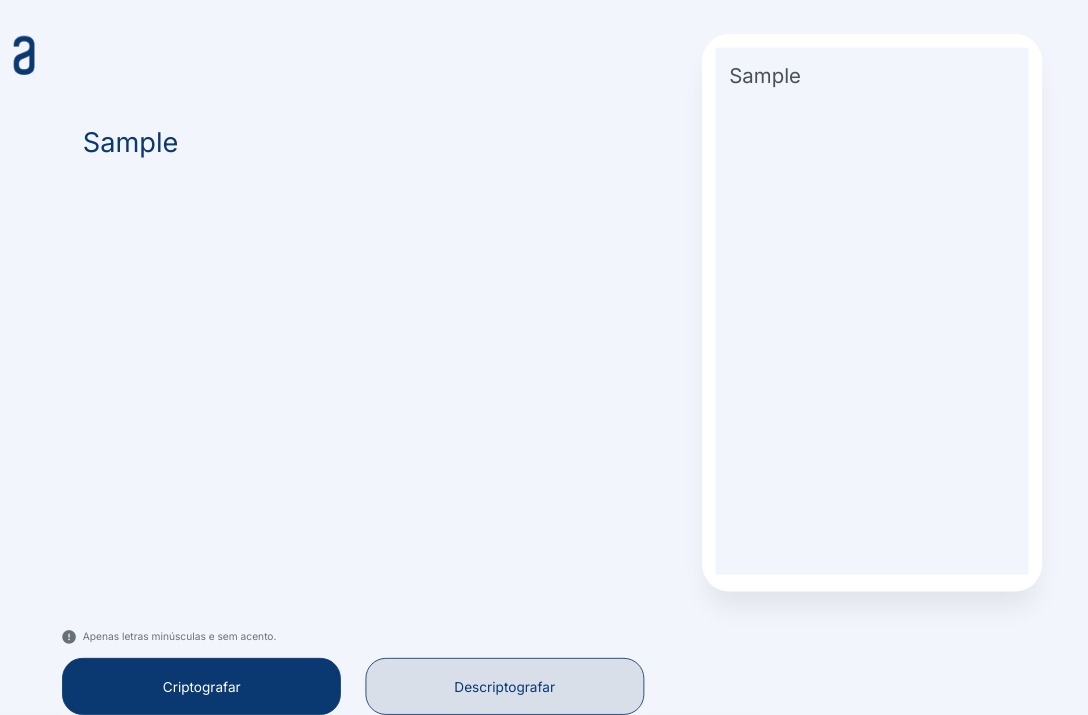
Repository: CarlosEduardoVdeOliveira/descodificador-de-texto
Page: index.html
The author's editor kept a copy of each file at every save. The page is drawn from the files as they stood at one save, then again after the next save.
The browser window is 1280 px wide. The pictures show the whole page, at 85% of full size.
Empty fields were first filled with sample values (such as "Sample", 5 or name@example.com).
After loading, the first visible `button.button-cryptography` was clicked once.

Above is the page before, as saved 2023-04-13 15:04:47.
Console error: TypeError: Cannot read properties of null (reading 'addEventListener')

### index.html
<!DOCTYPE html>
<html lang="en">
<head>
   <meta charset="UTF-8">
   <link rel="preconnect" href="https://fonts.googleapis.com">
   <link rel="preconnect" href="https://fonts.gstatic.com" crossorigin>
   <meta http-equiv="X-UA-Compatible" content="IE=edge">
   <meta name="viewport" content="width=device-width, initial-scale=1.0">
   <link href="https://fonts.googleapis.com/css2?family=Inter:wght@400;700&display=swap" rel="stylesheet">
   <link rel="stylesheet" href="https://cdnjs.cloudflare.com/ajax/libs/font-awesome/6.4.0/css/all.min.css" integrity="sha512-iecdLmaskl7CVkqkXNQ/ZH/XLlvWZOJyj7Yy7tcenmpD1ypASozpmT/E0iPtmFIB46ZmdtAc9eNBvH0H/ZpiBw==" crossorigin="anonymous" referrerpolicy="no-referrer" />
   <link rel="stylesheet" href="/src/styles/reset.css">
   <link rel="stylesheet" href="/src/styles/index.css">
   <link rel="stylesheet" href="/src/styles/tablet.css">
   <link rel="stylesheet" href="/src/styles/mobile.css">
   <title>Decodificador</title>
</head>
<body>
   <main>
      <img src="/src/images/imageLogo2.png"
         alt="letra a da logo da escola de programação Alura">
      <div class="highlight">
         <textarea placeholder="Digite seu texto" autofocus></textarea>
         <div class="info">
            <span>
               <i class="fa-solid fa-circle-exclamation"></i>
               Apenas letras minúsculas e sem acento.
            </span>
            <div class="info-group-button">
               <button class="button-cryptography">Criptografar</button>
               <button class="button-decryption">Descriptografar</button>
            </div>
         </div>
      </div>
      <div class="text-cryption">
         <img src="/src/images/imageHighLight.svg" alt="">
         <div>
            <h2>Nenhuma mensagem encontrada</h2>
            <p>
               Digite um texto que você deseja criptografar ou descriptografar.
            </p>
         </div>
         <button id="copy">copy</button>
      </div>
   </main>
   <script>
      const elementTextarea = document.querySelector("textarea");
const areaCryption = document.querySelector(".text-cryption");
const buttonCryptography = document.querySelector(".button-cryptography");
const buttonDecryption = document.querySelector(".button-decryption");
const buttonCopy = document.querySelector(".button-copy");

function encryptText(){
   const textareaValue = elementTextarea.value;

   if ( textareaValue.length > 0) {
      areaCryption.classList.add("text-cryption-whit-text")
      return areaCryption.innerHTML = `
         <textarea class="textarea-output" disabled>${textareaValue}</textarea>

      `;

   }
   return alert("Preencha o campo!")
}

function decryptText(){
   /* const textareaValue = elementTextarea.value;
   if ( textareaValue.length > 0) {
      areaCryption.classList.add("text-cryption-whit-text");
      areaCryption.innerHTML = `
         <textarea class="textarea-output">${textareaValue}</textarea>
         <button class="button-copy">Copiar</button>
      `;

   }
   return alert("Preencha o campo!") */
}

function copyText(){
   const textareaOutput = document.querySelector('textarea .textarea-output');
   textareaOutput.select();
   document.execCommand('copy');
}

buttonCryptography.addEventListener('click', encryptText);
buttonDecryption.addEventListener('click', decryptText);
buttonCopy.addEventListener('click', copyText);
   </script>
   <!-- <script src="/src/scripts/index.js"></script> -->
</body>
</html>

### src/styles/reset.css
:root{
   --light-gray: #D8DFE8;
   --gray-100: #CED4DA;
   --gray-200: #ADB5BD;
   --gray-300: #868E96;
   --gray-400: #495057;
   --gray-500: #343A40;
   --light-blue-100: #F3F5FC;
   --light-blue-200: #EFF1FA;
   --light-blue-300: #E9ECF8;
   --light-blue-400: #AAB2D5;
   --light-blue-500: #757FB2;
   --dark-blue-100: #609ED4;
   --dark-blue-200: #356EA9;
   --dark-blue-300: #0A3871;
   --dark-blue-400: #072B61;
   --dark-blue-500: #052051;
}
*{
   margin: 0;
   padding: 0;
   box-sizing: border-box;
}

html, input, textarea, button{
   background-color: var(--light-blue-100);
   font-family:  'Inter', sans-serif;
   font-size: 1rem;
   -webkit-font-smoothing: antialiased;
   -moz-osx-font-smoothing: grayscale;
}

### src/styles/index.css
body{
   background-color: var(--light-blue-100);
}
img{
   width: 1.943rem;
   height: 3rem;
   margin-top: 2.5rem;
}
main {
   display: flex;
   justify-content: space-around;
   align-items: self-start;
   margin: 0 auto;
}
.highlight{
   display: flex;
   flex-direction: column;
   margin-top: 7.5rem;
}
textarea{
   width: 100%;
   height: calc(100vh - 100px);
   font-size: 32px;
   line-height: 150%;
   background-color: var(--light-blue-100);
   color: var(--dark-blue-300);
   border: none;
   resize: none;
   margin: 0 auto;
   padding: 1.5rem;
}
textarea:focus{
   outline: 0;
}

textarea::placeholder{
   color: var(--dark-blue-300);
}
span{
   display: flex;
   align-items: center;
   font-size: 12px;
   color: var(--gray-400);
   line-height: 150%;
   opacity: 0.8;
   margin-bottom: 1rem;
}
i{
   color: var(--gray-400);
   margin-right: 0.5rem;
   font-size: 1rem;
}

button{
   padding: 1.5rem;
   width: 328px;
   height: 67px;
   border-radius: 1.5rem;
   cursor: pointer;
   font-size: 1rem;
   line-height: 19px;
   border: 1px solid var(--dark-blue-300);
   transition: all .2s;
}
.info{
   background-color: var(--light-blue-100);
}
.info .button-cryptography{
   background-color: var(--dark-blue-300);
   color: white;
   margin-right: 1.5rem;
}
.info .button-cryptography:hover{
   background-color: var(--dark-blue-400);
}
.info .button-decryption{
   background: var(--light-gray);
   color: var(--dark-blue-300);
}
.info .button-decryption:hover{
   background-color: var(--light-blue-200);
}
.text-cryption{
   width: 25rem;
   margin: 2.5rem;
   padding: 15rem 2rem;
   text-align: center;
   background-color: white;
   /* shadow */
   box-shadow: 0px 24px 32px -8px rgba(0, 0, 0, 0.08);
   border-radius: 32px;
}
.text-cryption img{
   width: 21rem;
   height: 19rem;
}
.text-cryption div{
   display: flex;
   flex-direction: column;

   margin-top: 2rem;
   padding: 0px;
   gap: 16px;
}

textarea.textarea-output{
   font-size: 1.5rem;
   color: var(--gray-400);
   height: calc(100vh - 100px);
   padding: 1rem;
}
.text-cryption-whit-text{
   padding: 1rem;
}

.button-copy-cryption{
   background-color: white;
}
.button-copy-cryption:hover{
   background-color: var(--light-blue-200);
}

### src/styles/tablet.css
@media (max-width: 768px) {
   main{
      display: block;
   }
   img{
      margin: 1rem;
   }
   .textarea-input{
      margin: 0 auto;
   }
   .info{
      display: flex;
      flex-direction: column;
      margin: 0 auto;
   }
   .text-cryption{
      width: 43rem;
      height: 8.313rem;
      padding: 0;
      margin: 1.5rem auto;
   }
   .text-cryption img{
      display: none;
   }
}

### src/styles/mobile.css
@media (max-width: 375px) {
   img{
      margin: 1rem;
   }
   .info{
      margin: 0 auto;
   }
   .info-group-button{
      display: flex;
      flex-direction: column;
   }
   .info-group-button .button-cryptography{
      margin-bottom: 1.5rem;
   }
   .text-cryption{
      width: 20.438rem;
      height: 11.625rem;
      padding: 0;
      margin: 1.5rem auto;
   }
}

After the next save:
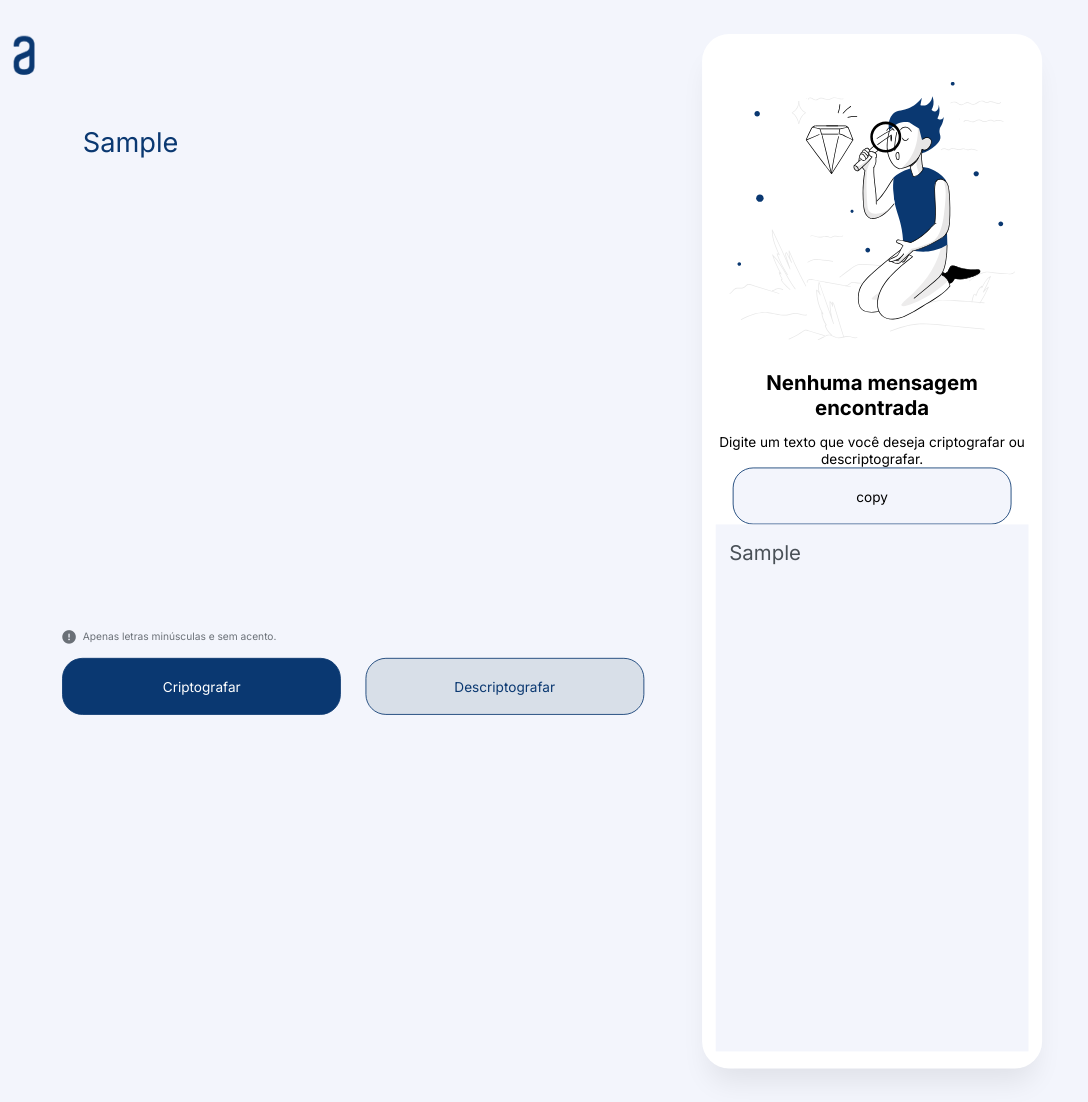
Saved 30 s later.
--- a/index.html
+++ b/index.html
@@ -54,7 +54,7 @@ function encryptText(){
 
    if ( textareaValue.length > 0) {
       areaCryption.classList.add("text-cryption-whit-text")
-      return areaCryption.innerHTML = `
+      return areaCryption.innerHTML += `
          <textarea class="textarea-output" disabled>${textareaValue}</textarea>
 
       `;
